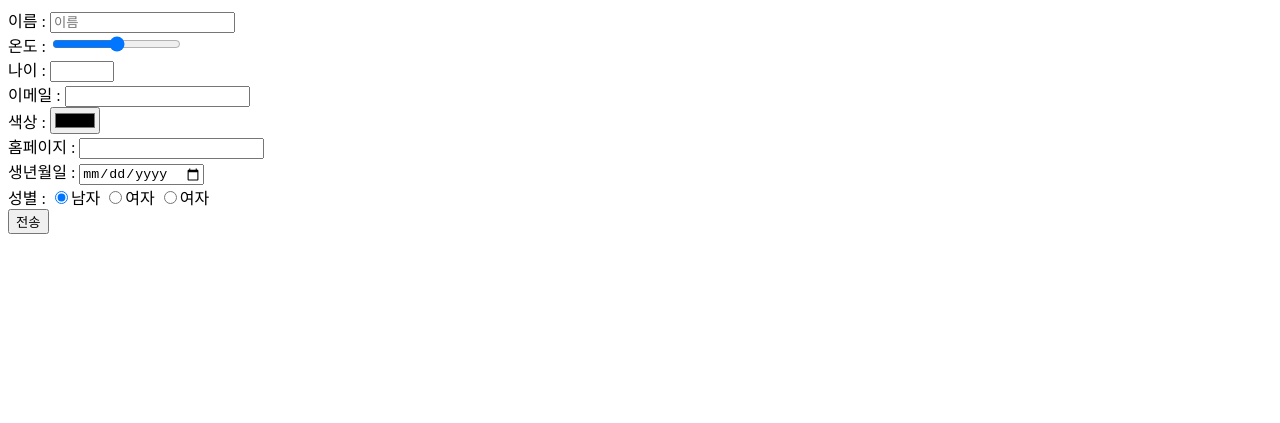
Repository: doridorijamjam2/JSP-Servlet
Page: Day_01/src/main/webapp/formPost.html
An editor plug-in stored every save of this project. The page is shown before and after the next save, followed by the edit.
The browser window is 1280 px wide. The pictures show the whole page.

Above is the page before, as saved 2021-10-19 03:45:01.

After the next save:
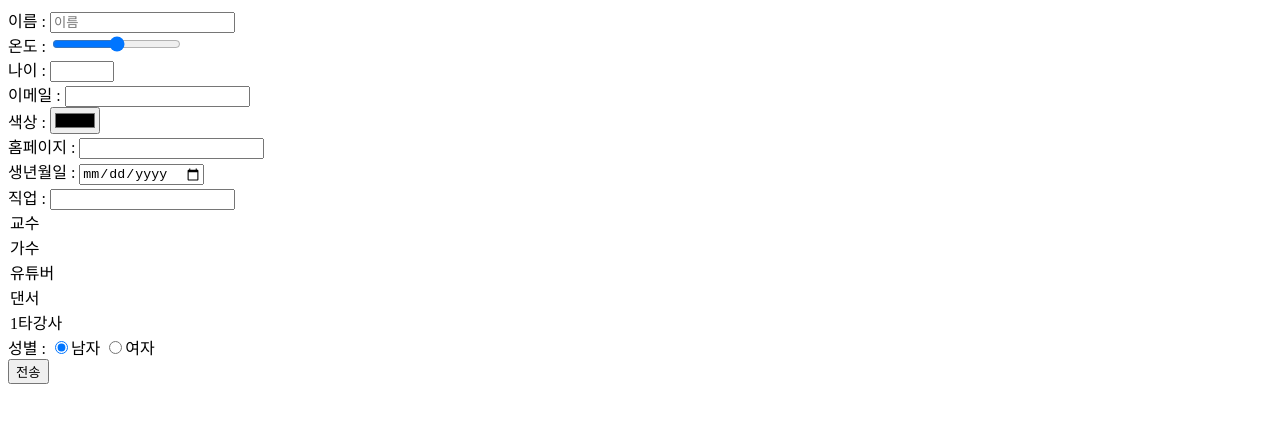
Saved 27 min 37 s later.
--- a/Day_01/src/main/webapp/formPost.html
+++ b/Day_01/src/main/webapp/formPost.html
@@ -23,11 +23,18 @@
 		<input type = "url" name = "homepage" id = "homepage" ><br>
 		<lable for = "birthday"> 생년월일 : </lable>
 		<input type = "date" name = "birthday" id = "birthday" ><br>
+		<lable for = "job"> 직업 : </lable>
+		<input type = "text" name = "job" id = "job" list = "jobList" ><br>
+		<datelist id = "jobList">
+		    <option>교수</option>
+		    <option>가수</option>
+		    <option>유튜버</option>
+		    <option>댄서</option>
+		    <option>1타강사</option>
+		</datelist>
 		<lable for = "gender1"> 성별 : </lable>
 		<input type = "radio" name = "gender" id = "gender1" value = "M"
 		checked = "checked">남자
-		<input type = "radio" name = "gender" id = "gender2" value = "F"
-		>여자
 		<input type = "radio" name = "gender" id = "gender2" value = "F"
 		>여자
 		<br>
